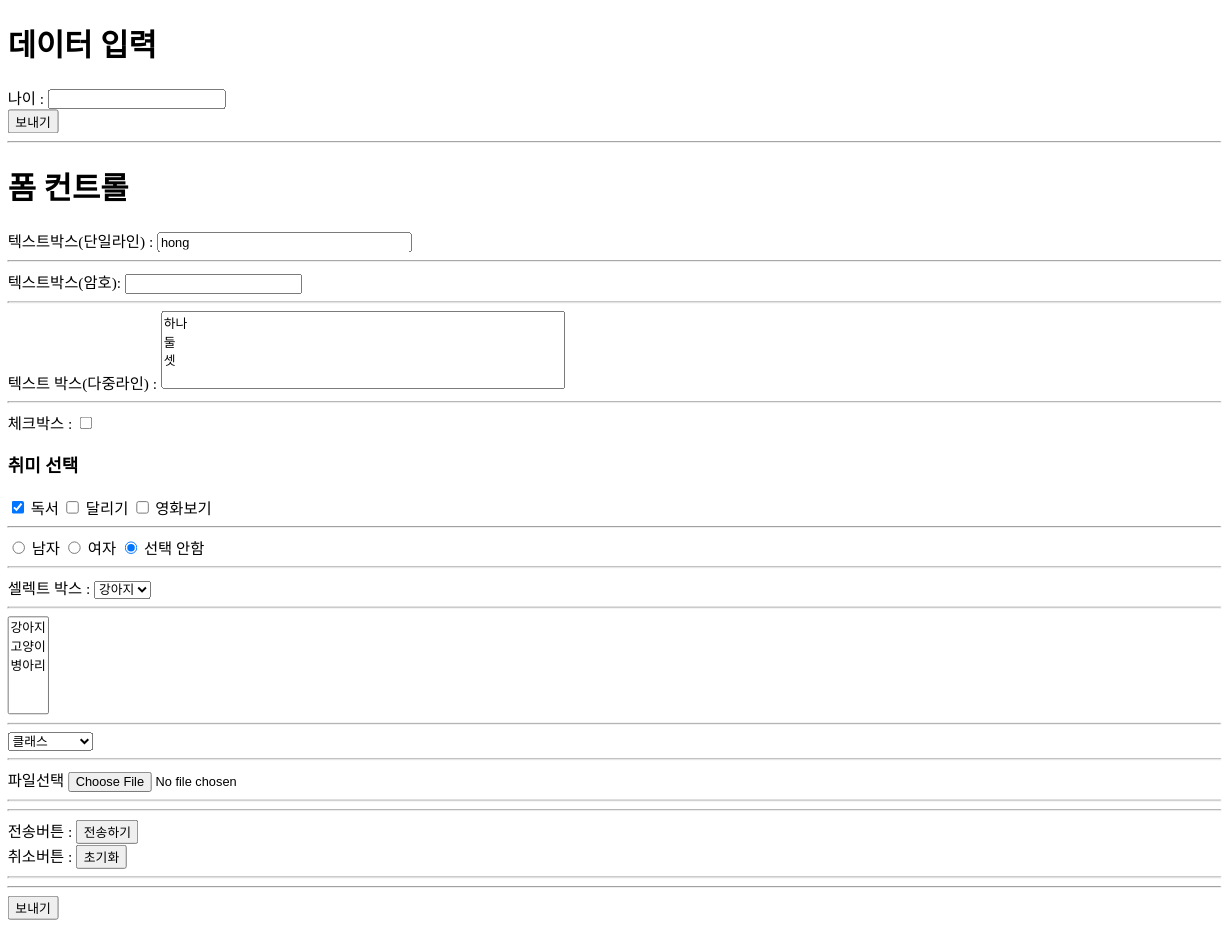
Repository: hb6700/client
Page: ClientTest/src/main/webapp/html/ex18_form.html
The author's editor kept a copy of each file at every save. The page is drawn from the files as they stood at one save, then again after the next save.
The browser window is 1280 px wide. The pictures show the whole page, at 96% of full size.

Above is the page before, as saved 2023-09-21 08:07:02.

After the next save:
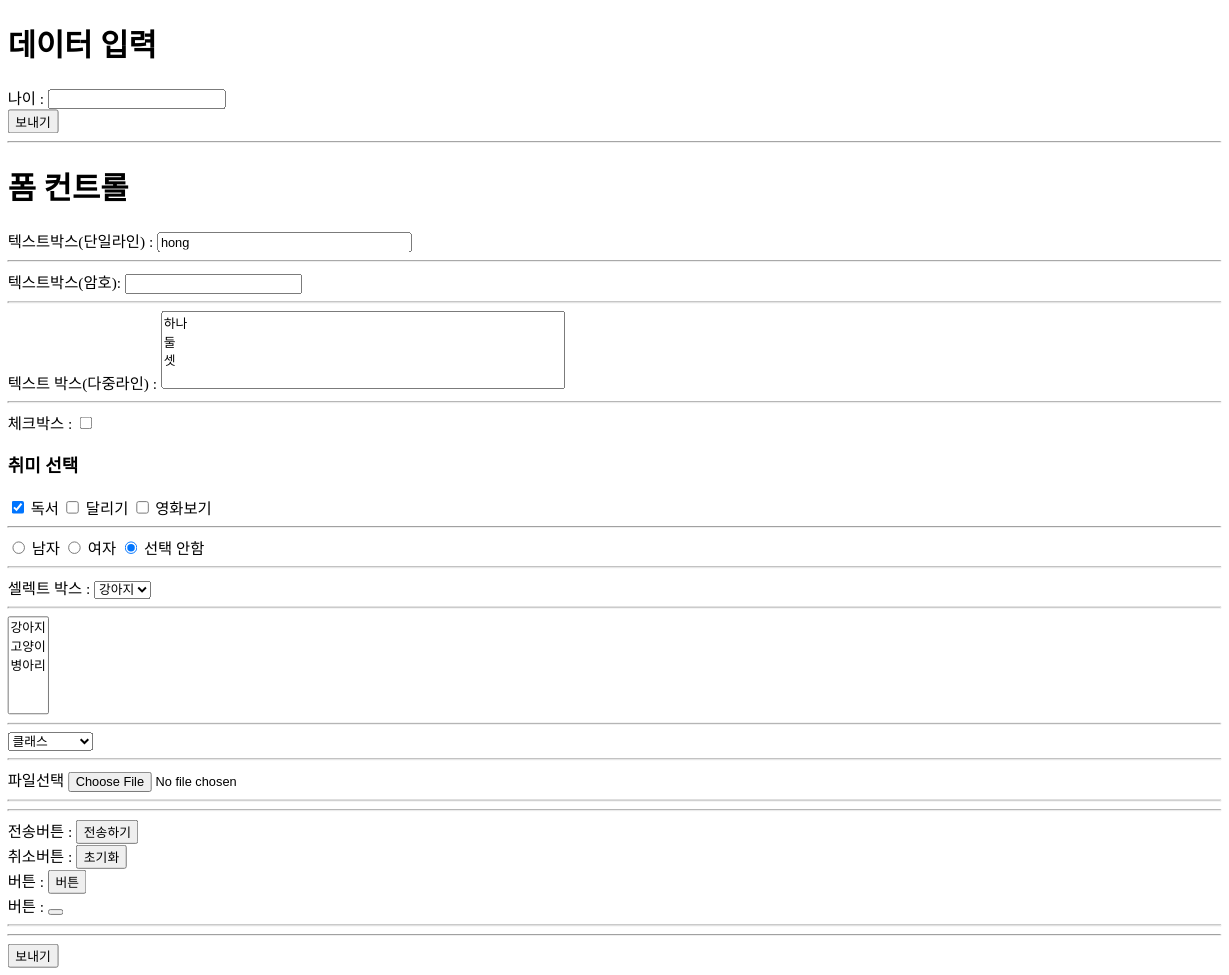
Saved 1 s later.
--- a/ClientTest/src/main/webapp/html/ex18_form.html
+++ b/ClientTest/src/main/webapp/html/ex18_form.html
@@ -197,11 +197,20 @@
 			전송버튼 : <input type="submit" value="전송하기">
 			<br>
 			취소버튼 : <input type="reset" value="초기화">
-
-			<hr>
-
-
-
+			<br>
+			<!-- 이미지버튼(=전송버튼) : <input type="image" src=""> -->
+			<!-- 버튼 : <input type="button" value="버튼" onclick="this.form.reset();"> -->
+			<!-- 버튼 : <input type="button" value="버튼" onclick="alert('');"> -->
+			버튼 : <input type="button" value="버튼" onclick="location .href='http://naver.com';">
+			<br>
+			버튼 : <button type="button"></button>
+
+			<hr>
+
+			<!--
+			ex01~18 : HTML 4.01 + XHTML 1.0(~2014년까지의 웹
+			ex19~.HTML : html5
+			-->
 
 
 			<hr>
